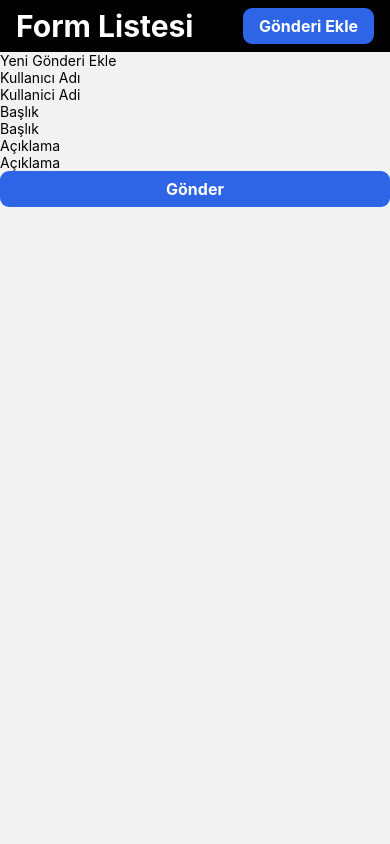
Repository: Kubraaygun/FirebaseRN
Screen: /
The author's editor kept a copy of each file at every save. The screen is drawn from the files as they stood at one save, then again after a run of saves.
The app was drawn by React Native's web renderer in a window 390 px wide. The project was rebuilt for these pictures with package versions that can differ from the ones it lists, and the page was loaded fresh each time. Also part of the build but not shown: src/screens/ListPost/ListPostView.jsx, src/screens/ListPost/ListPostController.jsx.

Above is the screen before, as saved 2025-01-20 20:45:30.

### App.js
import {SafeAreaView, StyleSheet, Text, View} from 'react-native';
import React, {useState} from 'react';
import {createNativeStackNavigator} from '@react-navigation/native-stack';
import {NavigationContainer} from '@react-navigation/native';
import ListPostController from './src/screens/ListPost/ListPostController';
import AddPostController from './src/screens/AddPost/AddPostController';
import AppBar from './src/screens/component/AppBar';

const App = () => {
  const [activePage, setActivePage] = useState('Gönderiler');
  const Stack = createNativeStackNavigator();
  return (
    <SafeAreaView style={{flex: 1}}>
      <NavigationContainer>
        <AppBar activePage={activePage} setActivePage={setActivePage} />
        <Stack.Navigator
          screenOptions={{headerShown: false}}
          initialRouteName="AddPost">
          <Stack.Screen name="ListPost" component={ListPostController} />
          <Stack.Screen name="AddPost" component={AddPostController} />
        </Stack.Navigator>
      </NavigationContainer>
    </SafeAreaView>
  );
};

export default App;

const styles = StyleSheet.create({});

### src/screens/AddPost/AddPostController.jsx
import {StyleSheet, Text, View} from 'react-native';
import React from 'react';
import AddPostView from './AddPostView';

const AddPostController = () => {
  return <AddPostView />;
};

export default AddPostController;

const styles = StyleSheet.create({});

### src/screens/component/AppBar.jsx
import {StyleSheet, Text, View} from 'react-native';
import React from 'react';
import CustomButton from './CustomButton';
import {useNavigation} from '@react-navigation/native';

const AppBar = ({activePage, setActivePage}) => {
  const navigation = useNavigation();
  return (
    <View style={styles.container}>
      <Text style={styles.title}>Form Listesi</Text>
      {activePage === 'Gönderiler' ? (
        <CustomButton
          buttonTitle={'Gönderi Ekle'}
          onPress={() => {
            setActivePage('Gönderi Ekle');
            navigation.navigate('AddPost');
          }}
        />
      ) : (
        <CustomButton
          buttonTitle={'Gönderi Listesi'}
          onPress={() => {
            setActivePage('Gönderiler');
            navigation.navigate('ListPost');
          }}
        />
      )}
    </View>
  );
};

export default AppBar;

const styles = StyleSheet.create({
  container: {
    backgroundColor: '#000000',
    flexDirection: 'row',
    justifyContent: 'space-between',
    paddingHorizontal: 16,
    paddingVertical: 8,
    alignItems: 'center',
  },
  title: {
    color: 'white',
    fontSize: 30,
    fontWeight: '700',
  },
});

### src/screens/AddPost/AddPostView.jsx
import {StyleSheet, Text, TextInput, View} from 'react-native';
import React from 'react';
import CustomButton from '../component/CustomButton';

const AddPostView = () => {
  return (
    <View style={styles.form}>
      <Text style={styles.formTitle}>Yeni Gönderi Ekle</Text>
      <View style={styles.inputGroup}>
        <Text style={styles.label}>Kullanıcı Adı</Text>
        <TextInput style={styles.input} placeholder="Kullanici Adi" />
      </View>

      <View style={styles.inputGroup}>
        <Text style={styles.label}>Başlık</Text>
        <TextInput style={styles.input} placeholder="Başlık" />
      </View>

      <View style={styles.inputGroup}>
        <Text style={styles.label}>Açıklama</Text>
        <TextInput style={styles.input} placeholder="Açıklama" />
      </View>

      <CustomButton buttonTitle={'Gönder'} />
    </View>
  );
};

export default AddPostView;

const styles = StyleSheet.create({});

### src/screens/component/CustomButton.jsx
import {StyleSheet, Text, TouchableOpacity, View} from 'react-native';
import React from 'react';

const CustomButton = ({buttonTitle, onPress}) => {
  return (
    <TouchableOpacity onPress={onPress} style={styles.buttonContainer}>
      <Text style={styles.buttonTitle}>{buttonTitle}</Text>
    </TouchableOpacity>
  );
};

export default CustomButton;

const styles = StyleSheet.create({
  buttonContainer: {
    backgroundColor: '#2D65E6',
    paddingHorizontal: 16,
    paddingVertical: 8,
    borderRadius: 9,
    alignItems: 'center',
    justifyContent: 'center',
  },
  buttonTitle: {
    color: '#ffffff',
    fontSize: 16,
    fontWeight: '700',
  },
});

After the next 3 saves:
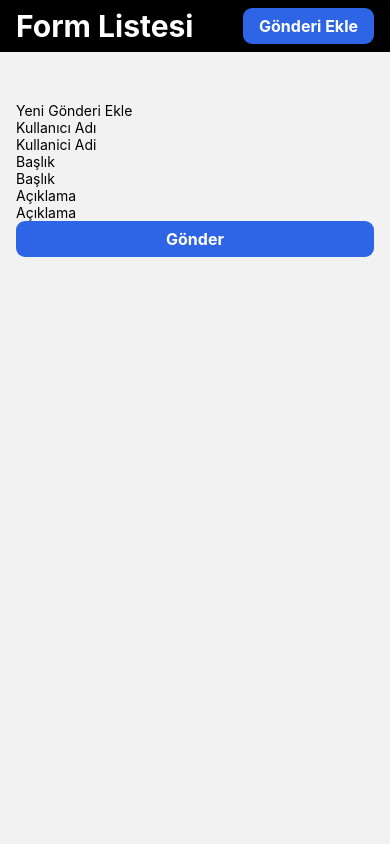
The 3 saves are shown as one change because 2 did not build or start.
The last was saved 85 s later.
--- a/src/screens/AddPost/AddPostView.jsx
+++ b/src/screens/AddPost/AddPostView.jsx
@@ -28,4 +28,10 @@ const AddPostView = () => {
 
 export default AddPostView;
 
-const styles = StyleSheet.create({});
+const styles = StyleSheet.create({
+  form: {
+    color: 'black',
+    marginVertical: 50,
+    marginHorizontal: 16,
+  },
+});
